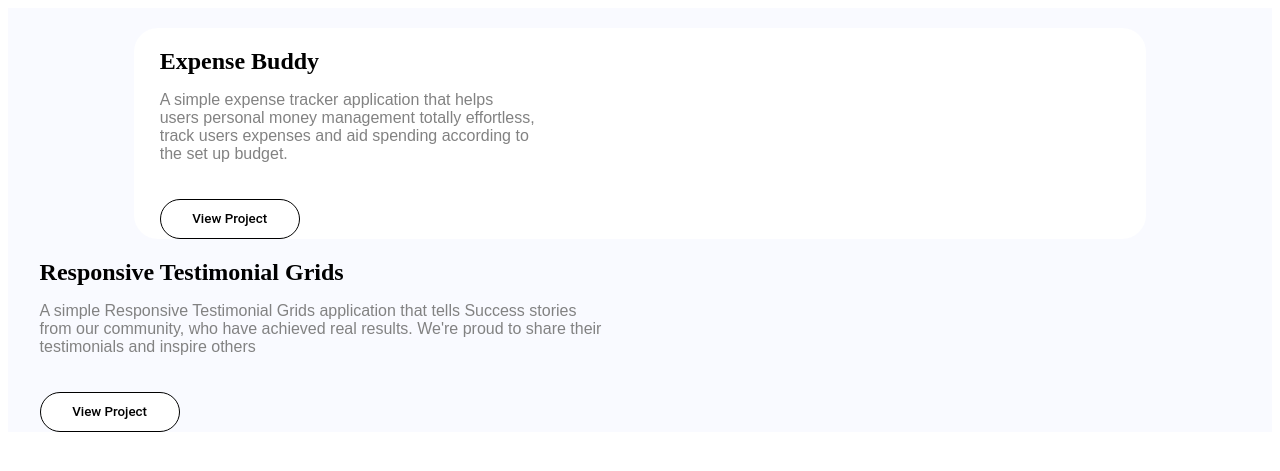
Repository: adehope1/My_Portfoilo
Page: port/assest/index2.html
An editor plug-in stored every save of this project. The page is shown before and after a run of saves, followed by the edit.
The browser window is 1280 px wide. The pictures show the whole page.

Above is the page before, as saved 2024-09-01 22:34:53.

### port/assest/index2.html
<!DOCTYPE html>
<html lang="en">
<head>
    <meta charset="UTF-8">
    <meta name="viewport" content="width=device-width, initial-scale=1.0">
    <link rel="stylesheet" href="./index2.css">
    <title>Document</title>
</head>
<body>
    <div class="general">

    </div>
    <div class="proCont">
        <div class="cnt1">
            <div class="nameP">
                <div class="textHome">
                    <h2 id="exp">Expense Buddy</h2>
                    <p id="expe">
                        A simple expense tracker application that helps <br>
                        users personal money management totally effortless,<br>
                        track users expenses and aid spending according to <br> the set up budget.
                    </p>
                    <a href="https://cybogsail.000webhostapp.com/"><button type="button" id="btn3">View
                            Project</button></a>

                </div>

            </div>
        </div>
    </div>
    <div class="proCont11">
        <div class="ctn12">
            <div class="nameP1">
                <div class="textHome1">
                    <h2 id="exp1">Responsive Testimonial Grids</h2>
                    <p id="expe1"> A simple Responsive Testimonial Grids application that tells Success stories from our community, who have achieved real results. We're proud to share their testimonials and inspire others
                    </p>
                    <a href="https://github.com/Koded247/Responsive-testimonial-grids.git"><button type="button" id="btn4">View Project</button></a>
                </div>
            </div>
        </div>
    </div>
</body>
</html>

### port/assest/index2.css
.proCont {
    width: 100%;
    height: 90%;
    gap: 50px;
    background-color: #F9FAFF;
    display: flex;
    justify-content: space-around;
    align-items: center;
    flex-direction: column;
}

.cnt1 {
    width: 80%;
    height: 45%;
    background-color: #FFFFFF;
    display: flex;
    flex-direction: row;
    border-radius: 24px;
    margin-top: 20px;

}

.nameP {
    width: 50%;
    height: 100%;
    display: flex;
    justify-content: center;
    align-items: center;
}

.textHome {
    width: 90%;
    height: fit-content;
    text-align: left;
}

#exp {
    font-family: "Playfair Display", serif;
    font-optical-sizing: auto;
    font-weight: 700;
    font-style: normal;
    margin-bottom: 15px;

}

#expe {
    text-align: left;
    font-family: "Nunito", sans-serif;
    font-optical-sizing: auto;
    font-weight: 400;
    font-style: normal;
    color: #828282;
    font-size: 16px;


}

#btn3 {
    width: 140px;
    height: 40px;
    border-radius: 24px;
    border: 1px solid black;
    background-color: #fff;
    font-family: "Roboto", sans-serif;
    font-weight: 500;
    font-style: normal;
    margin-top: 20px;

}

.imgP {
    width: 50%;
    height: 100%;
    background: url(./images/expense.png);
    background-size: cover;
    background-repeat: no-repeat;
    border-radius: 0px 24px 24px 0px
}

#super {
    width: 100%;
    height: 100%;
}


.cnt2 {
    width: 80%;
    height: 45%;
    background-color: #FFFFFF;
    display: flex;
    flex-direction: row;
    border-radius: 24px;

}

.nameP2 {
    width: 50%;
    height: 100%;
    display: flex;
    justify-content: center;
    align-items: center;
}

.textHome2 {
    width: 90%;
    height: fit-content;
    text-align: left;
}

.proCont11 {
    width: 100%;
    height: 90%;
    gap: 50px;
    background-color: #F9FAFF;
    display: flex;
    justify-content: space-around;
    align-items: center;
    flex-direction: column;
}

.cnt12{
    width: 80%;
    height: 45%;
    background-color: #FFFFFF;
    display: flex;
    flex-direction: row;
    border-radius: 24px;
    margin-top: 20px;

}

.nameP1 {
    width: 50%;
    height: 100%;
    display: flex;
    justify-content: center;
    align-items: center;
}

.textHome1 {
    width: 90%;
    height: fit-content;
    text-align: left;
}

#exp1 {
    font-family: "Playfair Display", serif;
    font-optical-sizing: auto;
    font-weight: 700;
    font-style: normal;
    margin-bottom: 15px;

}

#expe1 {
    text-align: left;
    font-family: "Nunito", sans-serif;
    font-optical-sizing: auto;
    font-weight: 400;
    font-style: normal;
    color: #828282;
    font-size: 16px;


}

#btn4 {
    width: 140px;
    height: 40px;
    border-radius: 24px;
    border: 1px solid black;
    background-color: #fff;
    font-family: "Roboto", sans-serif;
    font-weight: 500;
    font-style: normal;
    margin-top: 20px;

}

.imgP {
    width: 50%;
    height: 100%;
    background: url(./images/expense.png);
    background-size: cover;
    background-repeat: no-repeat;
    border-radius: 0px 24px 24px 0px
}

#super {
    width: 100%;
    height: 100%;
}


.cnt2 {
    width: 80%;
    height: 45%;
    background-color: #FFFFFF;
    display: flex;
    flex-direction: row;
    border-radius: 24px;

}

.nameP2 {
    width: 50%;
    height: 100%;
    display: flex;
    justify-content: center;
    align-items: center;
}

.textHome2 {
    width: 90%;
    height: fit-content;
    text-align: left;
}

After the next 2 saves:
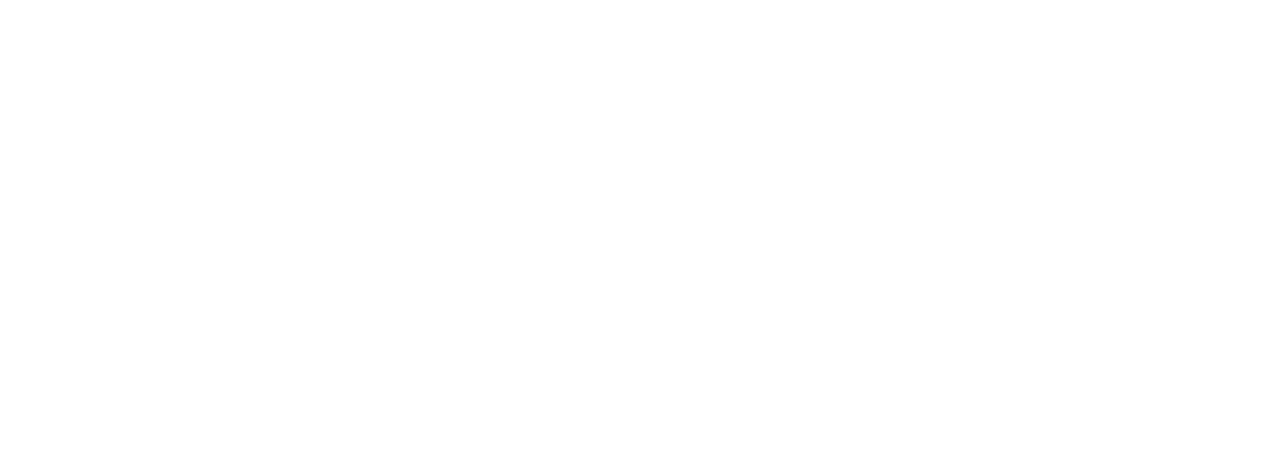
The 2 saves are shown as one change because they came seconds apart.
The last was saved 34 s later.
--- a/port/assest/index2.html
+++ b/port/assest/index2.html
@@ -9,36 +9,8 @@
 <body>
     <div class="general">
 
+
     </div>
-    <div class="proCont">
-        <div class="cnt1">
-            <div class="nameP">
-                <div class="textHome">
-                    <h2 id="exp">Expense Buddy</h2>
-                    <p id="expe">
-                        A simple expense tracker application that helps <br>
-                        users personal money management totally effortless,<br>
-                        track users expenses and aid spending according to <br> the set up budget.
-                    </p>
-                    <a href="https://cybogsail.000webhostapp.com/"><button type="button" id="btn3">View
-                            Project</button></a>
 
-                </div>
-
-            </div>
-        </div>
-    </div>
-    <div class="proCont11">
-        <div class="ctn12">
-            <div class="nameP1">
-                <div class="textHome1">
-                    <h2 id="exp1">Responsive Testimonial Grids</h2>
-                    <p id="expe1"> A simple Responsive Testimonial Grids application that tells Success stories from our community, who have achieved real results. We're proud to share their testimonials and inspire others
-                    </p>
-                    <a href="https://github.com/Koded247/Responsive-testimonial-grids.git"><button type="button" id="btn4">View Project</button></a>
-                </div>
-            </div>
-        </div>
-    </div>
 </body>
 </html>

After the save that followed:
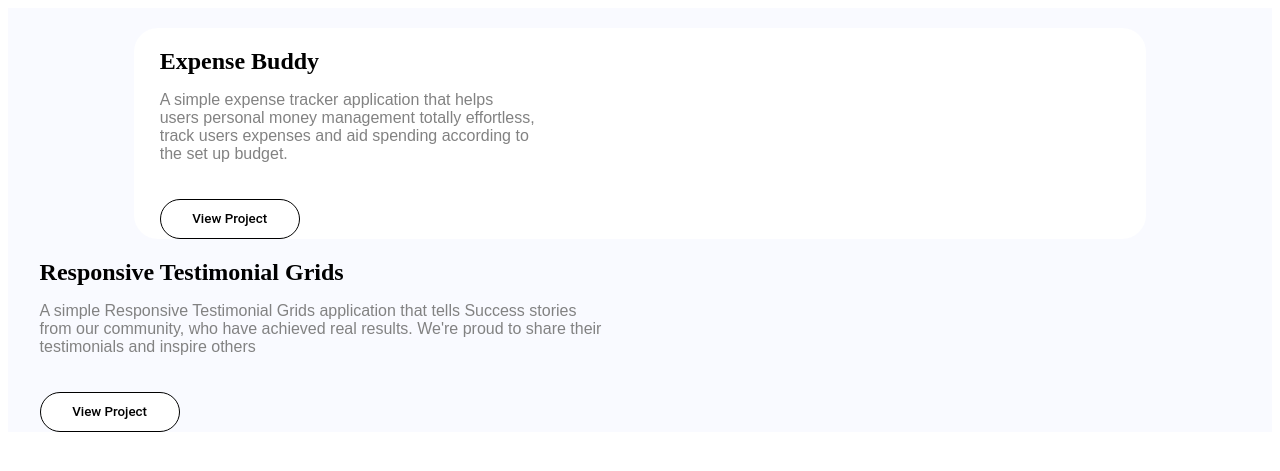
Saved 2 s later.
--- a/port/assest/index2.html
+++ b/port/assest/index2.html
@@ -8,7 +8,36 @@
 </head>
 <body>
     <div class="general">
+        <div class="proCont">
+            <div class="cnt1">
+                <div class="nameP">
+                    <div class="textHome">
+                        <h2 id="exp">Expense Buddy</h2>
+                        <p id="expe">
+                            A simple expense tracker application that helps <br>
+                            users personal money management totally effortless,<br>
+                            track users expenses and aid spending according to <br> the set up budget.
+                        </p>
+                        <a href="https://cybogsail.000webhostapp.com/"><button type="button" id="btn3">View
+                                Project</button></a>
 
+                    </div>
+
+                </div>
+            </div>
+        </div>
+        <div class="proCont11">
+            <div class="ctn12">
+                <div class="nameP1">
+                    <div class="textHome1">
+                        <h2 id="exp1">Responsive Testimonial Grids</h2>
+                        <p id="expe1"> A simple Responsive Testimonial Grids application that tells Success stories from our community, who have achieved real results. We're proud to share their testimonials and inspire others
+                        </p>
+                        <a href="https://github.com/Koded247/Responsive-testimonial-grids.git"><button type="button" id="btn4">View Project</button></a>
+                    </div>
+                </div>
+            </div>
+        </div>
 
     </div>
 
